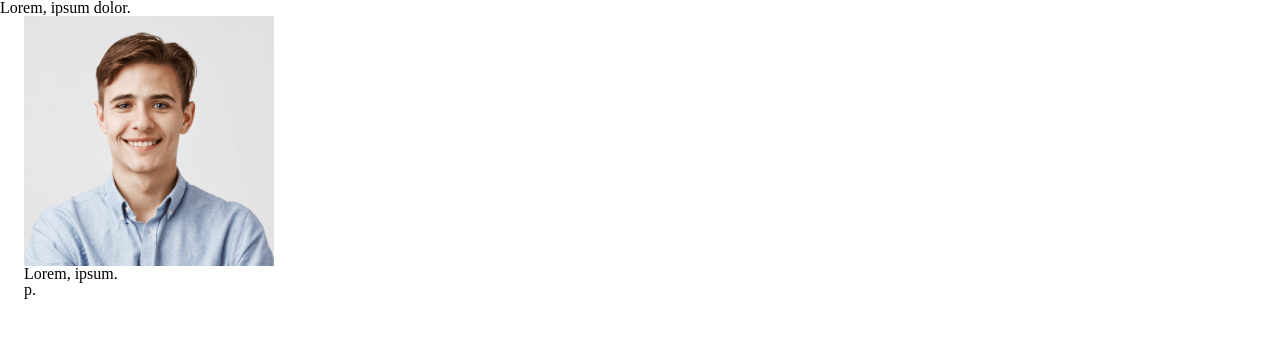
Repository: dinhhaidh/slider-3
Page: index.html
The author's editor kept a copy of each file at every save. The page is drawn from the files as they stood at one save, then again after a run of saves.
The browser window is 1280 px wide. The pictures show the whole page.

Above is the page before, as saved 2024-03-22 21:50:03.

After the next 3 saves:
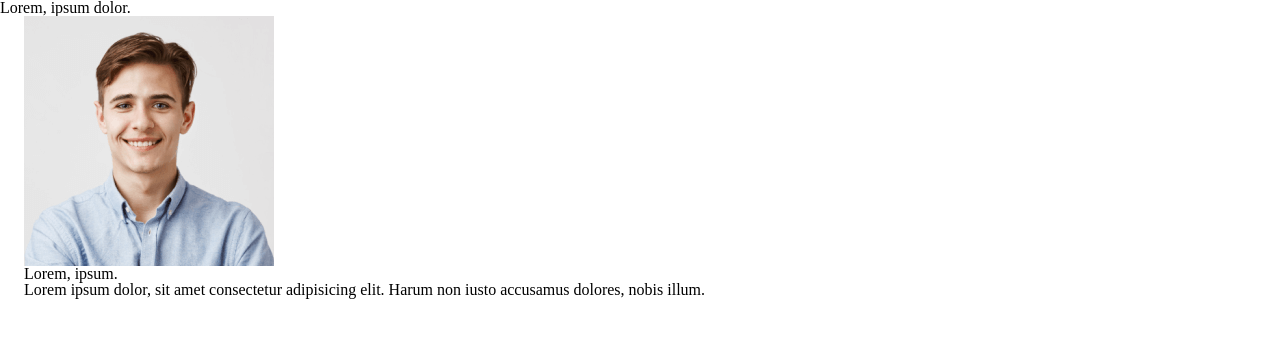
The 3 saves are shown as one change because they came seconds apart.
The last was saved 18 s later.
--- a/index.html
+++ b/index.html
@@ -27,7 +27,9 @@
                             Lorem, ipsum.
                         </h3>
 
-                        p.
+                        <p class="new__description">
+                            Lorem ipsum dolor, sit amet consectetur adipisicing elit. Harum non iusto accusamus dolores, nobis illum.
+                        </p>
                     </article>
                 </div>
             </div>
